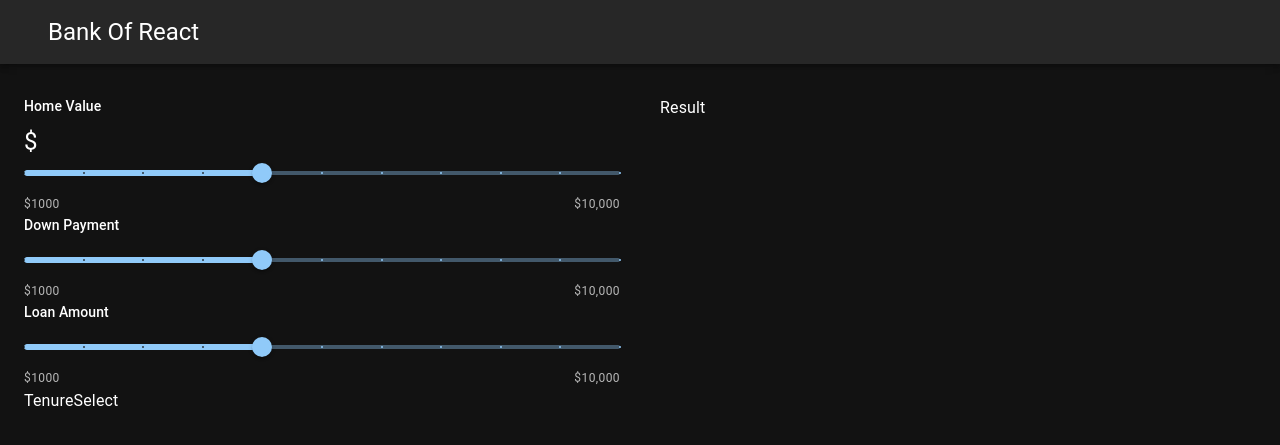
Repository: MikeeBuilds/mortgage-calculator
Page: /
The author's editor kept a copy of each file at every save. The page is drawn from the files as they stood at one save, then again after a run of saves.
The browser window is 1280 px wide. The pictures show the whole page.
The project was rebuilt for these pictures with package versions that can differ from the ones it lists, and the page was loaded fresh each time.

Above is the page before, as saved 2023-04-03 21:41:39.

### src/index.js
import React from 'react';
import ReactDOM from 'react-dom/client';
import  CssBaseline  from '@mui/material/CssBaseline';
import { ThemeProvider, createTheme } from '@mui/material/styles';
import App from './App';
import reportWebVitals from './reportWebVitals';
import { theme } from './theme';

const root = ReactDOM.createRoot(document.getElementById('root'));
root.render(
  <React.StrictMode>
    <ThemeProvider theme={theme}>
      <CssBaseline />
    <App />
    </ThemeProvider>
  </React.StrictMode>
);

// If you want to start measuring performance in your app, pass a function
// to log results (for example: reportWebVitals(console.log))
// or send to an analytics endpoint. Learn more: https://bit.ly/CRA-vitals
reportWebVitals();

### src/App.js
import { Container, Grid } from "@mui/material";
import Navbar from "./components/Navbar";
import Result from "./components/Result";
import SliderSelect from "./components/SliderSelect";
import TenureSelect from "./components/TenureSelect";


function App() {
  return (
    <div className="App">
      <Navbar />
      <Container maxWidth="xl" sx={{ marginTop: 4 }}>
        <Grid container spacing={5}>

          <Grid item xs={12} md={6}>
            <SliderSelect />
            <TenureSelect />
          </Grid>
          <Grid item xs={12} md={6}>
            <Result />

          </Grid>

        </Grid>
      </Container>
    </div>
  );
}

export default App;

### src/theme.js
import {  createTheme } from "@mui/material/styles";

export const theme = createTheme({
    palette: {
        mode: "dark",
    },
    typography: {
        h1: {

        },
    },
});

### src/components/Navbar.js
import React from 'react'
import AppBar from '@mui/material/AppBar'
import ToolBar from '@mui/material/Toolbar'
import Typography from '@mui/material/Typography'
import Container from '@mui/material/Container'

const Navbar = () => {
  return (
    <AppBar position="static">
      <Container maxWidth='xl'>
        <ToolBar>
            <Typography variant="h5" component="div" sx={{ flexGrow: 1 }}>
                Bank Of React
            </Typography>
        </ToolBar>
      </Container>
    </AppBar>
  )
}

export default Navbar

### src/components/SliderSelect.js
import React, { Fragment } from 'react'
import SliderComponent from './common/SliderComponent'

const SliderSelect = () => {
  return (
    <>
        <SliderComponent
            label='Home Value'
            min={0}
            max={50}
            defaultValue={20}
            step={5 }
            onChange={(e, value) => console.log(value)}
            unit='$'

        />
          <SliderComponent
            label='Down Payment'
            min={0}
            max={50}
            defaultValue={20}
            step={5 }
            onChange={(e, value) => console.log(value)}
        />
          <SliderComponent
            label='Loan Amount'
            min={0}
            max={50}
            defaultValue={20}
            step={5 }
            onChange={(e, value) => console.log(value)}
        />

    </>


  )
}

export default SliderSelect

### src/components/TenureSelect.js
import React from 'react'

const TenureSelect = () => {
  return (
    <div>TenureSelect</div>
  )
}

export default TenureSelect

### src/components/common/SliderComponent.js
import React from 'react'
import Slider from '@mui/material/Slider'
import { Stack, Typography } from '@mui/material'

const SliderComponent = ({ defaultValue, min, max, step, onChange, value, label, unit, amount }) => {
  return (
  <>
    <Stack gap={1}>
      <Typography variant='subtitle2'>{label}</Typography>
      <Typography variant='h5'>{unit} {amount}</Typography>
    </Stack>

    <Slider
      defaultValue={defaultValue}
      min={min} max={max}
      aria-label='Default'
      valueLabelDisplay='auto'
      marks
      step={step}
      onChange={onChange}
      value={value}
      />
      <Stack direction='row' justifyContent='space-between'>
    <Typography variant='caption' color='text.secondary'>$1000</Typography>
    <Typography variant='caption' color='text.secondary'>$10,000</Typography>
      </Stack>

  </>
  )
}

export default SliderComponent

Loaded but not shown: public/index.html (common file); src/reportWebVitals.js (common file); src/components/Result.js (common file)

After the next 6 saves:
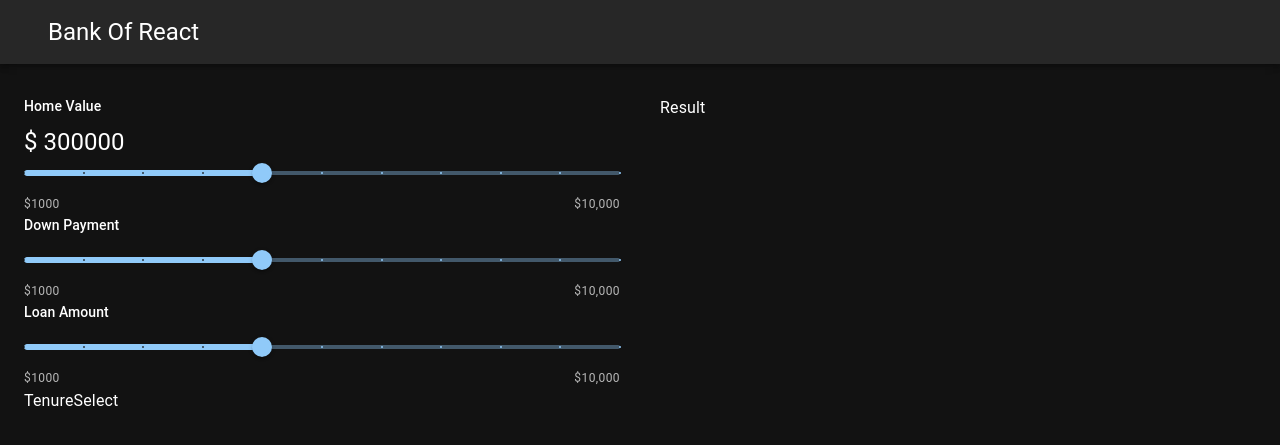
The 6 saves are shown as one change because 2 did not build or start and some came seconds apart.
The last was saved 22 s later.
--- a/src/components/SliderSelect.js
+++ b/src/components/SliderSelect.js
@@ -12,7 +12,7 @@ const SliderSelect = () => {
             step={5 }
             onChange={(e, value) => console.log(value)}
             unit='$'
-
+            amount={300000}
         />
           <SliderComponent
             label='Down Payment'
